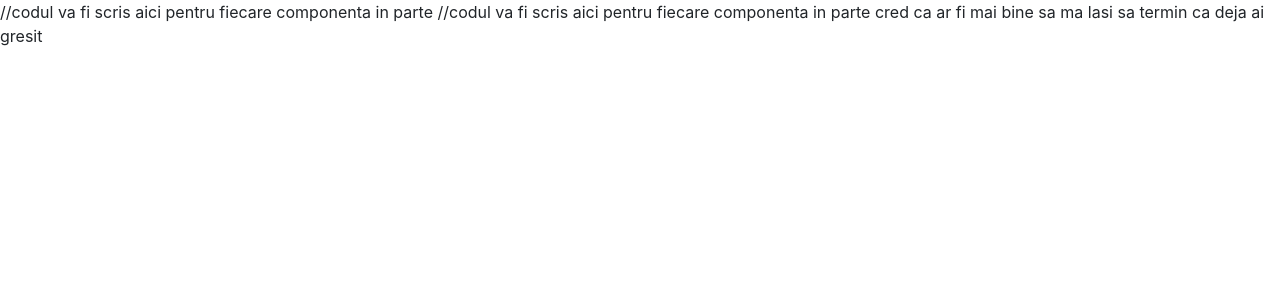
Repository: nicolasolo/bitesizecoding.space
Page: index.html
These files come from the project's save history. The page is drawn as it stood at one moment and after a run of saves; the edit follows.
The browser window is 1280 px wide. The pictures show the whole page.

Above is the page before, as saved 2020-04-09 17:20:23.

After the next 2 saves:
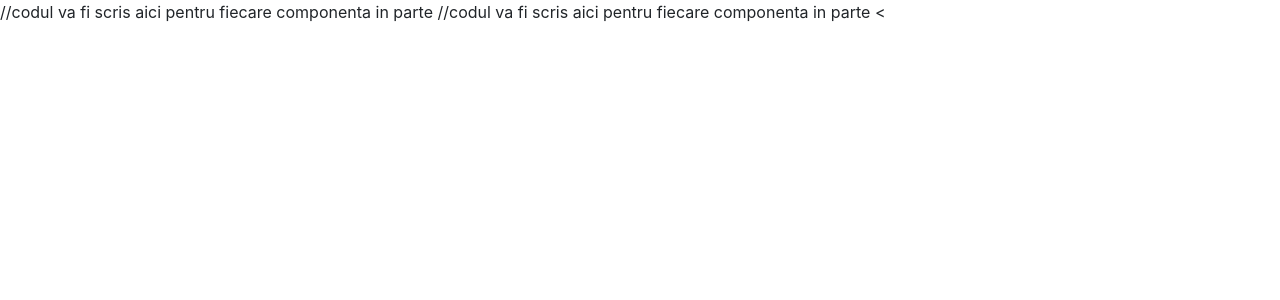
The 2 saves are shown as one change because they came seconds apart.
The last was saved 12 s later.
--- a/index.html
+++ b/index.html
@@ -15,7 +15,8 @@
 
 <!-- Jumbotron -->
 //codul va fi scris aici pentru fiecare componenta in parte
-cred ca ar fi mai bine sa ma lasi sa termin ca deja ai gresit
+
+<
 
 
 
